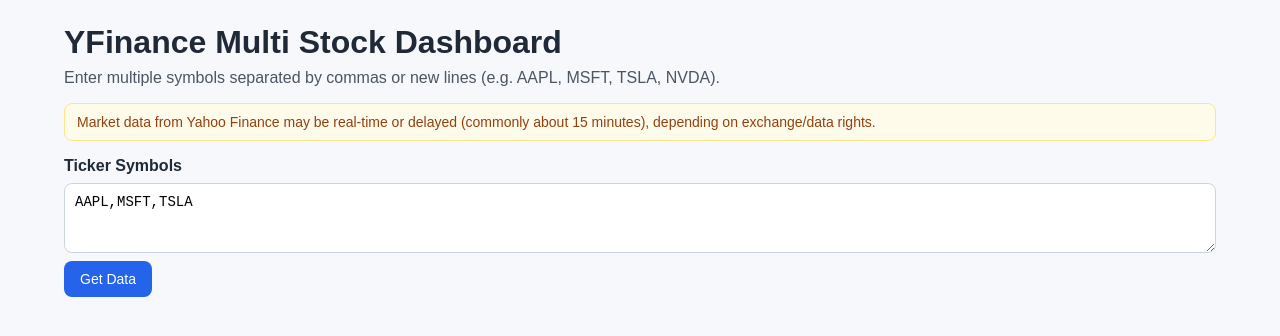
Repository: eddiefml/yfinance_test
Page: http://localhost/
The author's editor kept a copy of each file at every save. The page is drawn from the files as they stood at one save, then again after the next save.
The browser window is 1280 px wide. The pictures show the whole page.
The page is served by the project's application, run on Flask 3 (app.py).

Above is the page before, as saved 2026-04-28 13:14:08.

### templates/index.html
<!doctype html>
<html lang="en">
  <head>
    <meta charset="utf-8" />
    <meta name="viewport" content="width=device-width, initial-scale=1" />
    <title>YFinance Multi Stock Dashboard</title>
    <link rel="stylesheet" href="{{ url_for('static', filename='style.css') }}" />
  </head>
  <body>
    <main class="container">
      <h1>YFinance Multi Stock Dashboard</h1>
      <p class="hint">
        Enter multiple symbols separated by commas or new lines (e.g. AAPL, MSFT, TSLA, NVDA).
      </p>
      <p class="delay-note">
        {{ price_delay_note }}
      </p>

      <form method="post" class="query-form">
        <label for="symbols">Ticker Symbols</label>
        <textarea id="symbols" name="symbols" rows="3" placeholder="AAPL, MSFT, TSLA, 0700.HK">{{ symbols_input }}</textarea>
        <button type="submit">Get Data</button>
      </form>

      {% if errors %}
      <section class="panel error-panel">
        <h2>Errors</h2>
        <ul>
          {% for err in errors %}
          <li><strong>{{ err.symbol }}</strong>: {{ err.message }}</li>
          {% endfor %}
        </ul>
      </section>
      {% endif %}

      {% if results %}
      <section class="panel">
        <div class="table-meta">
          <h2>Stock Snapshot</h2>
          <span>Updated: {{ updated_at }}</span>
        </div>
        <div class="table-wrap">
          <table>
            <thead>
              <tr>
                <th>Symbol</th>
                <th>Last</th>
                <th>Change</th>
                <th>Change %</th>
                <th>Previous Close</th>
                <th>Open</th>
                <th>Day Range</th>
                <th>52W Range</th>
                <th>52W Position</th>
                <th>Volume</th>
                <th>Market Cap</th>
                <th>Currency</th>
                <th>Exchange</th>
                <th>Trend</th>
              </tr>
            </thead>
            <tbody>
              {% for row in results %}
              <tr>
                <td>{{ row.symbol }}</td>
                <td>{{ row.last_price }}</td>
                <td>{{ row.change }}</td>
                <td>{{ row.change_pct }}</td>
                <td>{{ row.previous_close }}</td>
                <td>{{ row.open }}</td>
                <td>{{ row.day_range }}</td>
                <td>{{ row.year_range }}</td>
                <td>{{ row.position_52w }}</td>
                <td>{{ row.volume }}</td>
                <td>{{ row.market_cap }}</td>
                <td>{{ row.currency }}</td>
                <td>{{ row.exchange }}</td>
                <td>{{ row.trend }}</td>
              </tr>
              {% endfor %}
            </tbody>
          </table>
        </div>
      </section>

      <section class="panel news-panel">
        <h2>Latest News (Top 10 per stock)</h2>
        {% for row in results %}
        <article class="news-block">
          <h3>{{ row.symbol }}</h3>
          {% if row.news %}
          <ul class="news-list">
            {% for item in row.news %}
            <li>
              <a href="{{ item.link }}" target="_blank" rel="noopener noreferrer">{{ item.title }}</a>
              <div class="news-meta">{{ item.publisher }} | {{ item.published }}</div>
            </li>
            {% endfor %}
          </ul>
          {% else %}
          <p class="hint">No recent news found.</p>
          {% endif %}
        </article>
        {% endfor %}
      </section>
      {% endif %}
    </main>
  </body>
</html>

### app.py
from __future__ import annotations

from datetime import datetime
import re
from typing import Any, Dict, List, Tuple

from flask import Flask, render_template, request
import yfinance as yf


app = Flask(__name__)


def _to_float(value: Any) -> float | None:
    """Convert values to float safely."""
    try:
        if value is None:
            return None
        return float(value)
    except (TypeError, ValueError):
        return None


def _fmt_price(value: float | None) -> str:
    if value is None:
        return "N/A"
    return f"{value:,.2f}"


def _fmt_int(value: float | int | None) -> str:
    if value is None:
        return "N/A"
    try:
        return f"{int(value):,}"
    except (TypeError, ValueError):
        return "N/A"


def _fmt_pct(value: float | None) -> str:
    if value is None:
        return "N/A"
    return f"{value:+.2f}%"


def _parse_symbols(raw_text: str) -> List[str]:
    chunks = raw_text.replace("\n", ",").split(",")
    cleaned = [part.strip().upper() for part in chunks if part.strip()]
    # Preserve order while removing duplicates.
    seen = set()
    result = []
    for symbol in cleaned:
        normalized = _normalize_symbol(symbol)
        if normalized not in seen:
            seen.add(normalized)
            result.append(normalized)
    return result


def _normalize_symbol(symbol: str) -> str:
    """Normalize common HK symbol input patterns to Yahoo format."""
    s = symbol.strip().upper()
    if not s:
        return s

    # hk.0700 / hk0700 / hk-0700 -> 0700.HK
    hk_prefix = re.fullmatch(r"HK[\.\-_]?(\d{1,5})", s)
    if hk_prefix:
        return f"{int(hk_prefix.group(1)):04d}.HK"

    # 0700.hk / 700.hk -> 0700.HK
    hk_suffix = re.fullmatch(r"(\d{1,5})\.HK", s)
    if hk_suffix:
        return f"{int(hk_suffix.group(1)):04d}.HK"

    return s


def _format_publish_time(value: Any) -> str:
    """Format Unix timestamp to readable local time."""
    try:
        if value is None:
            return "N/A"
        ts = int(value)
        return datetime.fromtimestamp(ts).strftime("%Y-%m-%d %H:%M:%S")
    except (TypeError, ValueError, OSError):
        return "N/A"


def _deep_get(data: Dict[str, Any], *path: str) -> Any:
    current: Any = data
    for key in path:
        if not isinstance(current, dict):
            return None
        current = current.get(key)
    return current


def _pick_first(*values: Any) -> Any:
    for val in values:
        if val is None:
            continue
        if isinstance(val, str) and not val.strip():
            continue
        return val
    return None


def _read_map_value(data: Any, *keys: str) -> Any:
    if not isinstance(data, dict):
        return None
    for key in keys:
        if key in data and data.get(key) is not None:
            return data.get(key)
    return None


def _extract_news_item(entry: Dict[str, Any]) -> Dict[str, str] | None:
    """
    Yahoo news schema changes over time.
    This parser supports both flat and nested (content-based) payloads.
    """
    title = _pick_first(
        entry.get("title"),
        _deep_get(entry, "content", "title"),
    )
    publisher = _pick_first(
        entry.get("publisher"),
        _deep_get(entry, "content", "provider", "displayName"),
        _deep_get(entry, "content", "provider", "name"),
    )
    link = _pick_first(
        entry.get("link"),
        _deep_get(entry, "content", "canonicalUrl", "url"),
        _deep_get(entry, "content", "clickThroughUrl", "url"),
    )
    publish_raw = _pick_first(
        entry.get("providerPublishTime"),
        _deep_get(entry, "content", "pubDate"),
    )

    if isinstance(publish_raw, str):
        # Some payloads provide ISO datetime strings.
        try:
            publish_raw = int(datetime.fromisoformat(publish_raw.replace("Z", "+00:00")).timestamp())
        except ValueError:
            publish_raw = None

    if not title and not link:
        return None

    return {
        "title": str(title or "Untitled"),
        "publisher": str(publisher or "Unknown publisher"),
        "link": str(link or "#"),
        "published": _format_publish_time(publish_raw),
    }


def _ticker_news(symbol: str, limit: int = 10) -> List[Dict[str, str]]:
    """Fetch latest news for one symbol."""
    try:
        ticker = yf.Ticker(symbol)
        raw_news = ticker.news or []
        items: List[Dict[str, str]] = []
        for entry in raw_news:
            if not isinstance(entry, dict):
                continue
            parsed = _extract_news_item(entry)
            if parsed is None:
                continue
            items.append(parsed)
            if len(items) >= limit:
                break
        return items
    except Exception:
        return []


def _ticker_snapshot(symbol: str) -> Tuple[Dict[str, Any] | None, str | None]:
    """
    Return stock snapshot for one symbol.
    """
    try:
        ticker = yf.Ticker(symbol)
        info = ticker.fast_info or {}

        last_price = _to_float(_read_map_value(info, "last_price", "lastPrice", "regularMarketPrice", "currentPrice"))
        previous_close = _to_float(_read_map_value(info, "previous_close", "previousClose", "regularMarketPreviousClose"))
        open_price = _to_float(_read_map_value(info, "open", "regularMarketOpen"))
        day_high = _to_float(_read_map_value(info, "day_high", "dayHigh", "regularMarketDayHigh"))
        day_low = _to_float(_read_map_value(info, "day_low", "dayLow", "regularMarketDayLow"))
        year_high = _to_float(_read_map_value(info, "year_high", "yearHigh", "fiftyTwoWeekHigh"))
        year_low = _to_float(_read_map_value(info, "year_low", "yearLow", "fiftyTwoWeekLow"))
        volume = _read_map_value(info, "last_volume", "lastVolume", "volume", "regularMarketVolume")
        market_cap = _read_map_value(info, "market_cap", "marketCap")
        currency = _read_map_value(info, "currency") or "N/A"
        exchange = _read_map_value(info, "exchange", "fullExchangeName") or "N/A"
        timezone = _read_map_value(info, "timezone", "exchangeTimezoneName") or "N/A"

        if last_price is None:
            info2 = ticker.info or {}
            last_price = _to_float(_read_map_value(info2, "regularMarketPrice", "currentPrice", "previousClose"))
            previous_close = _to_float(_pick_first(previous_close, _read_map_value(info2, "previousClose", "regularMarketPreviousClose")))
            open_price = _to_float(_pick_first(open_price, _read_map_value(info2, "open", "regularMarketOpen")))
            day_high = _to_float(_pick_first(day_high, _read_map_value(info2, "dayHigh", "regularMarketDayHigh")))
            day_low = _to_float(_pick_first(day_low, _read_map_value(info2, "dayLow", "regularMarketDayLow")))
            year_high = _to_float(_pick_first(year_high, _read_map_value(info2, "fiftyTwoWeekHigh")))
            year_low = _to_float(_pick_first(year_low, _read_map_value(info2, "fiftyTwoWeekLow")))
            volume = _pick_first(volume, _read_map_value(info2, "volume", "regularMarketVolume"))
            market_cap = _pick_first(market_cap, _read_map_value(info2, "marketCap"))
            currency = _pick_first(currency, _read_map_value(info2, "currency")) or currency
            exchange = _pick_first(exchange, _read_map_value(info2, "exchange", "fullExchangeName")) or exchange
            timezone = _pick_first(timezone, _read_map_value(info2, "exchangeTimezoneName", "timeZoneFullName")) or timezone

        if last_price is None:
            # Fallback using yf.download to avoid known PriceHistory edge-cases.
            history = yf.download(
                symbol,
                period="1mo",
                interval="1d",
                progress=False,
                auto_adjust=False,
                actions=False,
            )
            if not history.empty:
                cols = history.columns
                if hasattr(cols, "nlevels") and cols.nlevels > 1:
                    history.columns = cols.get_level_values(0)

                close_series = history["Close"] if "Close" in history else None
                open_series = history["Open"] if "Open" in history else None
                high_series = history["High"] if "High" in history else None
                low_series = history["Low"] if "Low" in history else None
                vol_series = history["Volume"] if "Volume" in history else None

                if close_series is not None and len(close_series) > 0:
                    last_price = _to_float(close_series.iloc[-1])
                    if len(close_series) > 1:
                        previous_close = _to_float(close_series.iloc[-2])
                if open_series is not None and len(open_series) > 0:
                    open_price = _to_float(open_series.iloc[-1])
                if high_series is not None and len(high_series) > 0:
                    day_high = _to_float(high_series.iloc[-1])
                if low_series is not None and len(low_series) > 0:
                    day_low = _to_float(low_series.iloc[-1])
                if vol_series is not None and len(vol_series) > 0:
                    volume = vol_series.iloc[-1]

        if last_price is None:
            return None, "No price data found."

        change = None
        change_pct = None
        if previous_close not in (None, 0):
            change = last_price - previous_close
            change_pct = (change / previous_close) * 100

        position_52w = None
        if year_high is not None and year_low is not None and year_high > year_low:
            position_52w = ((last_price - year_low) / (year_high - year_low)) * 100

        trend = "N/A"
        if change is not None:
            trend = "Bullish ▲" if change > 0 else ("Bearish ▼" if change < 0 else "Flat")

        news_items = _ticker_news(symbol, limit=10)

        row = {
            "symbol": symbol,
            "last_price": _fmt_price(last_price),
            "previous_close": _fmt_price(previous_close),
            "open": _fmt_price(open_price),
            "change": _fmt_price(change) if change is not None else "N/A",
            "change_pct": _fmt_pct(change_pct),
            "day_range": f"{_fmt_price(day_low)} - {_fmt_price(day_high)}",
            "year_range": f"{_fmt_price(year_low)} - {_fmt_price(year_high)}",
            "position_52w": _fmt_pct(position_52w),
            "volume": _fmt_int(volume),
            "market_cap": _fmt_int(market_cap),
            "currency": currency,
            "exchange": exchange,
            "timezone": timezone,
            "trend": trend,
            "news": news_items,
        }
        return row, None
    except Exception as exc:  # noqa: BLE001 - show a friendly error per symbol.
        return None, str(exc)


@app.route("/", methods=["GET", "POST"])
def index():
    raw_symbols = "AAPL,MSFT,TSLA"
    results: List[Dict[str, Any]] = []
    errors: List[Dict[str, str]] = []

    if request.method == "POST":
        raw_symbols = request.form.get("symbols", "")
        symbols = _parse_symbols(raw_symbols)
        if not symbols:
            errors.append({"symbol": "-", "message": "Please provide at least one ticker symbol."})
        elif len(symbols) > 20:
            errors.append({"symbol": "-", "message": "Please query up to 20 symbols at one time."})
        else:
            for symbol in symbols:
                row, err = _ticker_snapshot(symbol)
                if err:
                    errors.append({"symbol": symbol, "message": err})
                else:
                    results.append(row)

    updated_at = datetime.now().strftime("%Y-%m-%d %H:%M:%S")

    return render_template(
        "index.html",
        symbols_input=raw_symbols,
        results=results,
        errors=errors,
        updated_at=updated_at,
        price_delay_note="Market data from Yahoo Finance may be real-time or delayed (commonly about 15 minutes), depending on exchange/data rights.",
    )


if __name__ == "__main__":
    app.run(debug=True)

### static/style.css
* {
  box-sizing: border-box;
}

body {
  margin: 0;
  font-family: Arial, sans-serif;
  background: #f6f8fb;
  color: #1f2937;
}

.container {
  max-width: 1200px;
  margin: 0 auto;
  padding: 24px;
}

h1 {
  margin: 0 0 8px;
}

.hint {
  margin: 0 0 16px;
  color: #4b5563;
}

.delay-note {
  margin: 0 0 16px;
  padding: 10px 12px;
  border: 1px solid #fde68a;
  background: #fffbeb;
  border-radius: 8px;
  color: #92400e;
  font-size: 14px;
}

.query-form {
  display: grid;
  gap: 8px;
  margin-bottom: 16px;
}

label {
  font-weight: 600;
}

textarea {
  width: 100%;
  border: 1px solid #cbd5e1;
  border-radius: 8px;
  padding: 10px;
  font-size: 14px;
}

button {
  width: fit-content;
  background: #2563eb;
  color: #fff;
  border: none;
  border-radius: 8px;
  padding: 10px 16px;
  font-size: 14px;
  cursor: pointer;
}

button:hover {
  background: #1d4ed8;
}

.panel {
  background: #fff;
  border: 1px solid #e5e7eb;
  border-radius: 10px;
  padding: 12px;
  margin-bottom: 16px;
}

.error-panel {
  border-color: #fecaca;
  background: #fff5f5;
  margin-bottom: 16px;
}

.table-meta {
  display: flex;
  justify-content: space-between;
  align-items: center;
  margin-bottom: 8px;
}

.table-wrap {
  overflow-x: auto;
}

table {
  border-collapse: collapse;
  width: 100%;
  min-width: 1100px;
}

th,
td {
  border: 1px solid #e5e7eb;
  padding: 8px;
  text-align: left;
  font-size: 13px;
}

th {
  background: #f9fafb;
}

.news-panel h2 {
  margin: 0 0 12px;
}

.news-block {
  border-top: 1px solid #e5e7eb;
  padding: 10px 0;
}

.news-block:first-of-type {
  border-top: none;
  padding-top: 0;
}

.news-block h3 {
  margin: 0 0 8px;
}

.news-list {
  margin: 0;
  padding-left: 18px;
}

.news-list li {
  margin-bottom: 8px;
}

.news-list a {
  color: #1d4ed8;
  text-decoration: none;
}

.news-list a:hover {
  text-decoration: underline;
}

.news-meta {
  color: #6b7280;
  font-size: 12px;
}

After the next save:
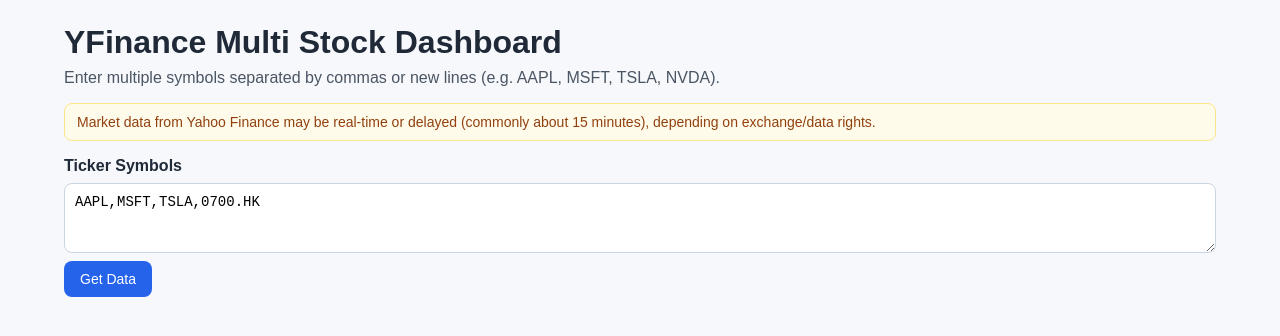
Saved 93 s later.
--- a/app.py
+++ b/app.py
@@ -290,7 +290,7 @@ def _ticker_snapshot(symbol: str) -> Tuple[Dict[str, Any] | None, str | None]:
 
 @app.route("/", methods=["GET", "POST"])
 def index():
-    raw_symbols = "AAPL,MSFT,TSLA"
+    raw_symbols = "AAPL,MSFT,TSLA,0700.HK"
     results: List[Dict[str, Any]] = []
     errors: List[Dict[str, str]] = []
 
